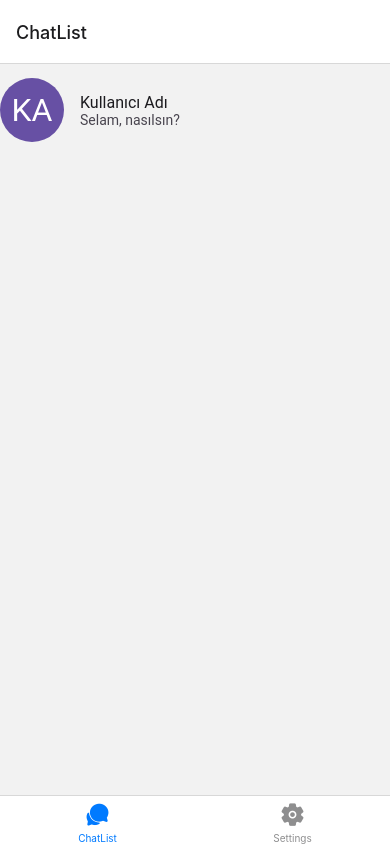
Repository: hgorkemtunc/React-Native-Chat-App
Screen: /
These files come from the project's save history. The screen is drawn as it stood at one moment and after the next save; the edit follows.
The app was drawn by React Native's web renderer in a window 390 px wide. The project was rebuilt for these pictures with package versions that can differ from the ones it lists, and the page was loaded fresh each time. Also part of the build but not shown: screens/Chat.js, screens/SignIn.js, screens/SignUp.js, screens/Settings.js.

Above is the screen before, as saved 2023-03-18 15:40:10.

After the next save:
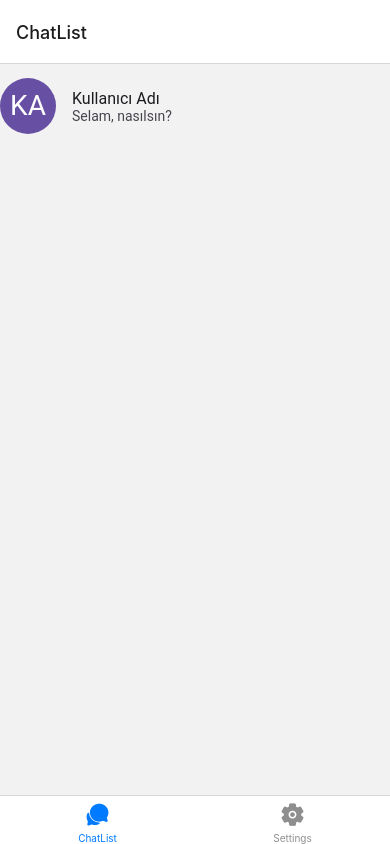
Saved 14 s later.
--- a/screens/ChatList.js
+++ b/screens/ChatList.js
@@ -5,7 +5,7 @@ import {List, Avatar} from "react-native-paper";
 const ChatList = () => {
     return (
         <View>
-            <List.Item title="Kullanıcı Adı" description="Selam, nasılsın?" left={() => <Avatar.Text label="KA"/>}/>
+            <List.Item title="Kullanıcı Adı" description="Selam, nasılsın?" left={() => <Avatar.Text label="KA" size={56}/>}/>
         </View>
     );
 };
